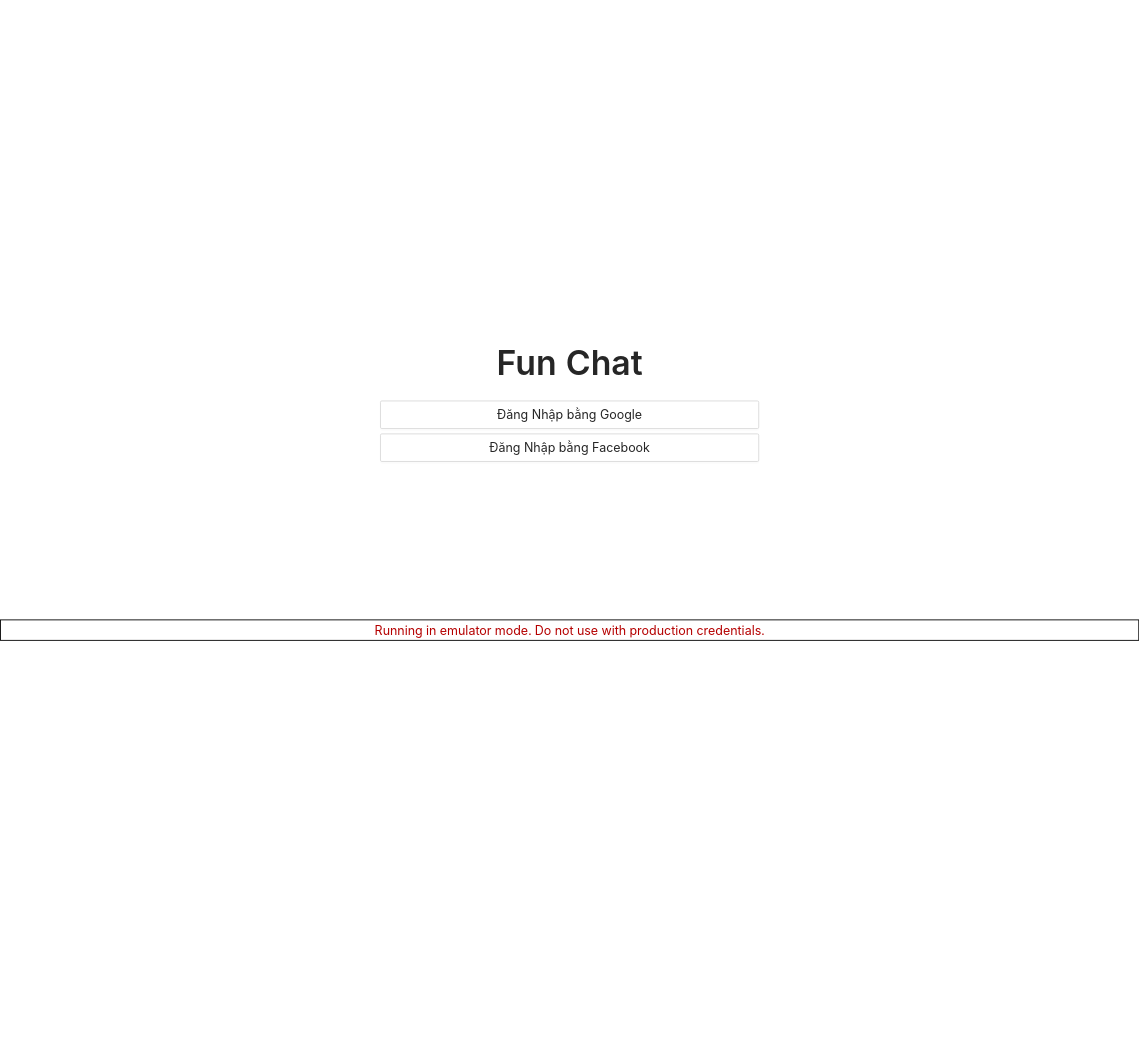
Repository: vandat598/chatapp
Page: /
An editor plug-in stored every save of this project. The page is shown before and after the next save, followed by the edit.
The browser window is 1280 px wide. The pictures show the whole page, at 89% of full size.
The project was rebuilt for these pictures with package versions that can differ from the ones it lists, and the page was loaded fresh each time. Also part of the build but not shown: src/components/ChatRoom/Userinfo.scss, src/components/ChatRoom/UserInfo.js, src/components/ChatRoom/RoomList.scss, src/components/ChatRoom/RoomList.js, src/components/ChatRoom/Sidebar.scss, src/components/ChatRoom/Sidebar.js, src/components/ChatRoom/ChatWindow.scss, src/components/ChatRoom/Message.scss and 4 more.

Above is the page before, as saved 2022-06-21 17:42:04.

After the next save:
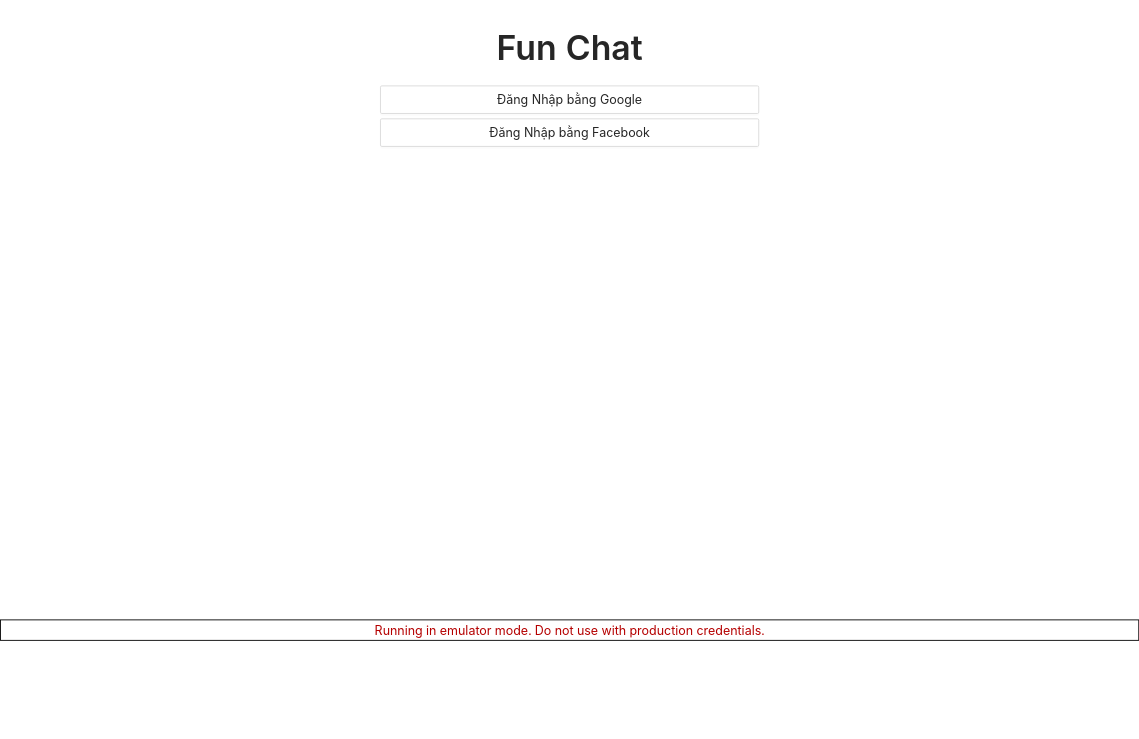
Saved 6 s later.
--- a/src/components/Login/Login.js
+++ b/src/components/Login/Login.js
@@ -40,7 +40,7 @@ function Login() {
 
     return (
         <React.Fragment>
-            <Row justify="center" style={{ height: 800, marginTop: '30%' }}>
+            <Row justify="center" style={{ height: 800, marginTop: '30px' }}>
                 <Col span={8} className="respon_mobile">
                     <Title style={{ textAlign: 'center' }}>Fun Chat</Title>
                     <Button
